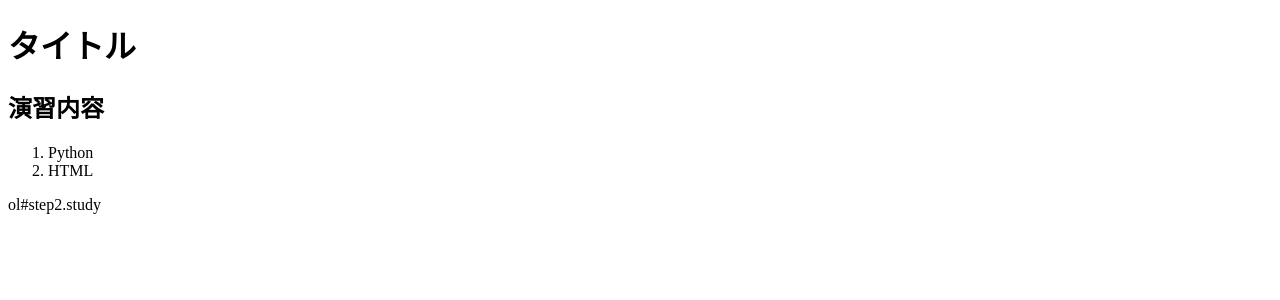
Repository: risunjae-spartacamp-python/independent_production
Page: lesson/tmp.html
These files come from the project's save history. The page is drawn as it stood at one moment and after a run of saves; the edit follows.
The browser window is 1280 px wide. The pictures show the whole page.

Above is the page before, as saved 2022-11-24 20:55:30.

### lesson/tmp.html
<!DOCTYPE html>
<html lang="ja">

<head>
    <meta charset="UTF-8">
    <title>Document</title>
</head>

<body>
    <h1>タイトル</h1>
    <h2>演習内容</h2>
    <ol id="step1" class="study-list">
        <li>Python</li>
        <li>HTML</li>
    </ol>
    ol#step2.study

</body>

</html>

After the next 2 saves:
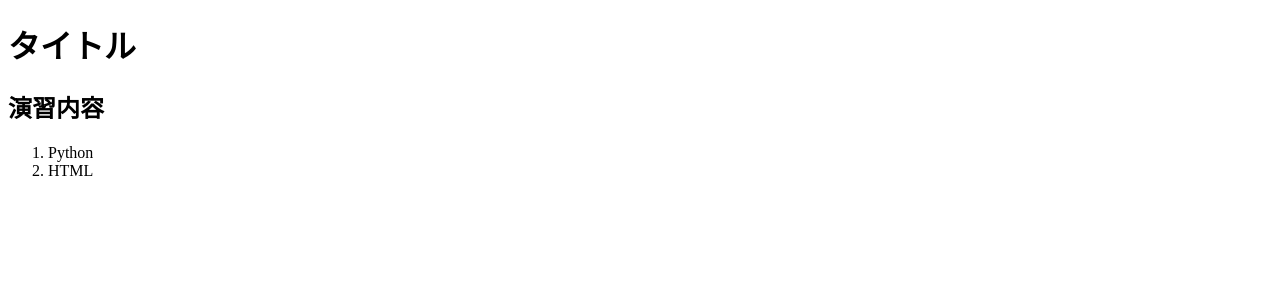
The 2 saves are shown as one change because they came seconds apart.
The last was saved 5 s later.
--- a/lesson/tmp.html
+++ b/lesson/tmp.html
@@ -13,7 +13,7 @@
         <li>Python</li>
         <li>HTML</li>
     </ol>
-    ol#step2.study
+    <ol id="step2" class="study-list"></ol>
 
 </body>
 
